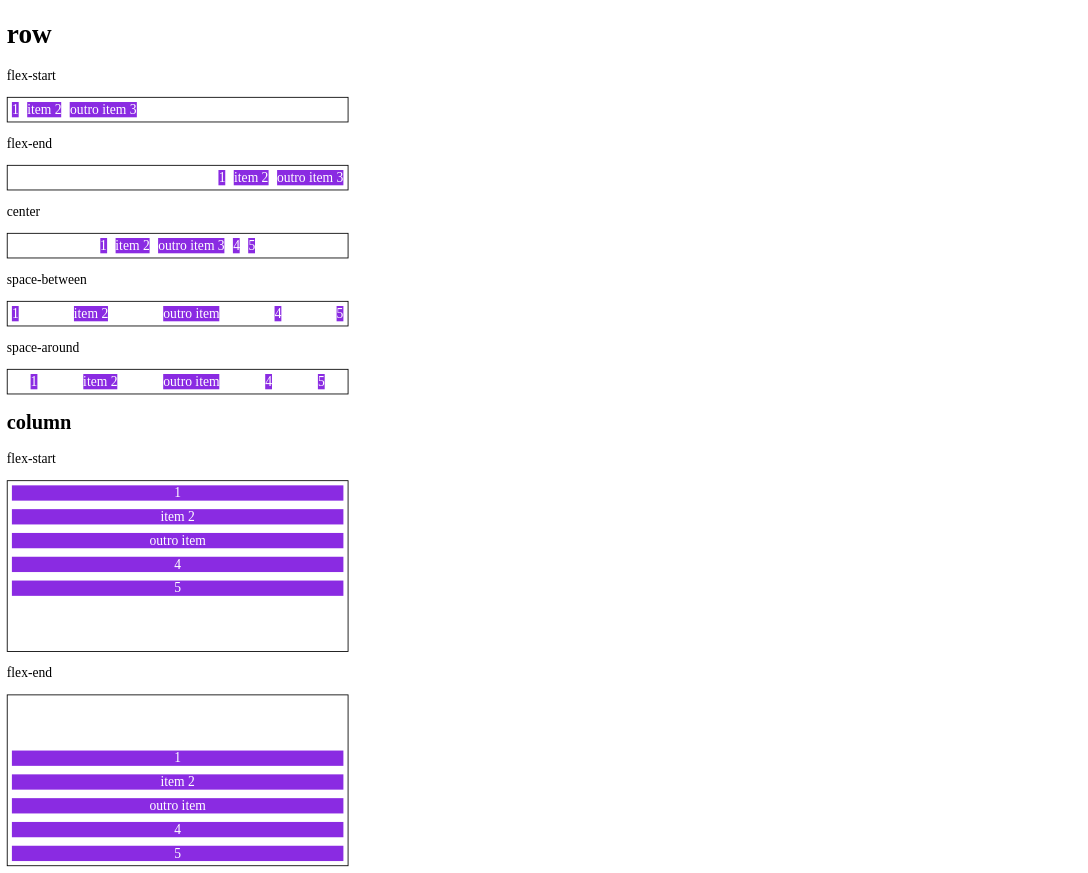
Repository: gabrielbino/projects-dio
Page: Flexbox/@justify-content.html
These files come from the project's save history. The page is drawn as it stood at one moment and after the next save; the edit follows.
The browser window is 1280 px wide. The pictures show the whole page, at 85% of full size.

Above is the page before, as saved 2021-10-22 17:47:12.

After the next save:
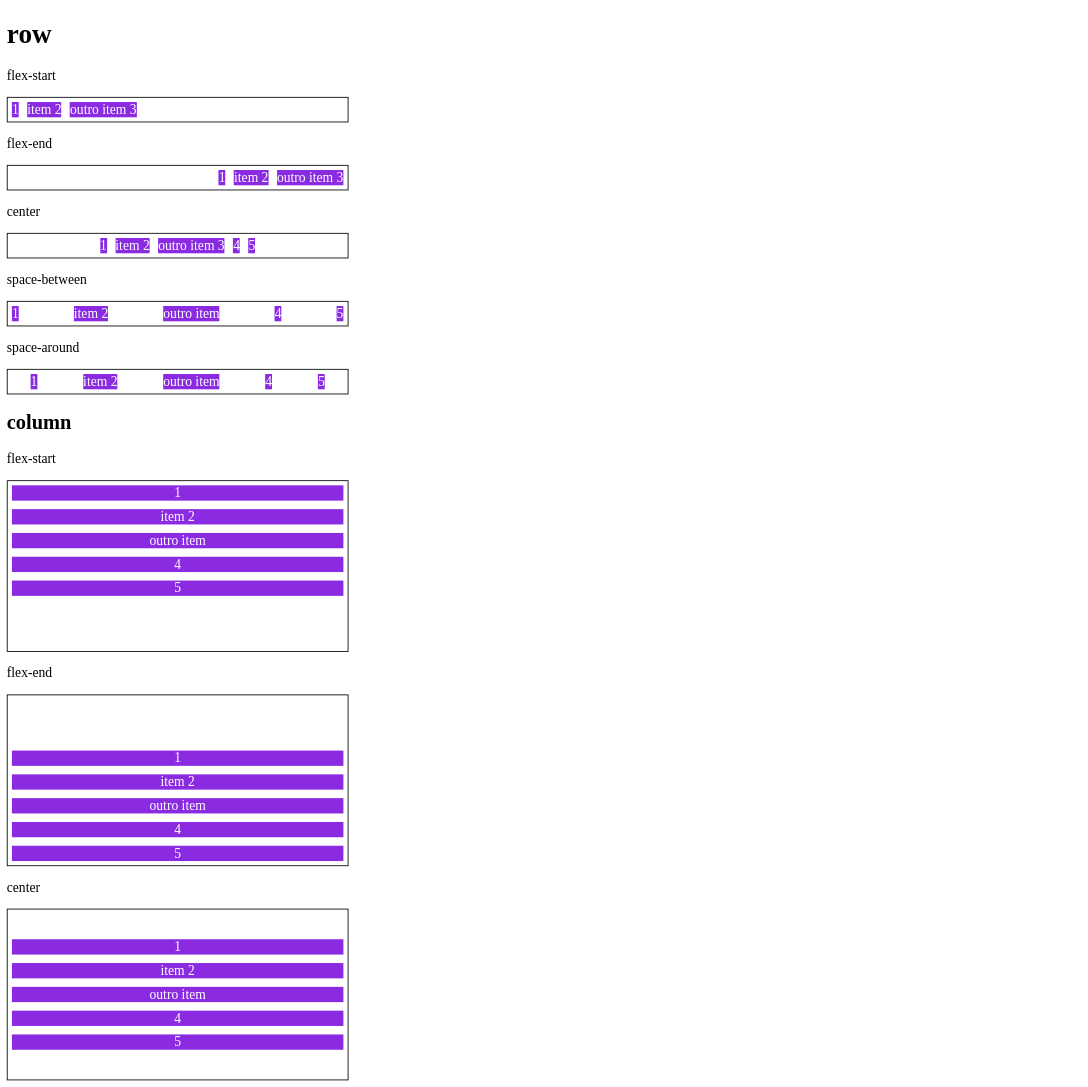
Saved 32 s later.
--- a/Flexbox/@justify-content.html
+++ b/Flexbox/@justify-content.html
@@ -111,5 +111,14 @@
       <div class="item">4</div>
       <div class="item">5</div>
     </section>
+
+    <p>center</p>
+    <section class="container center column">
+      <div class="item">1</div>
+      <div class="item">item 2</div>
+      <div class="item">outro item</div>
+      <div class="item">4</div>
+      <div class="item">5</div>
+    </section>
   </body>
 </html>
